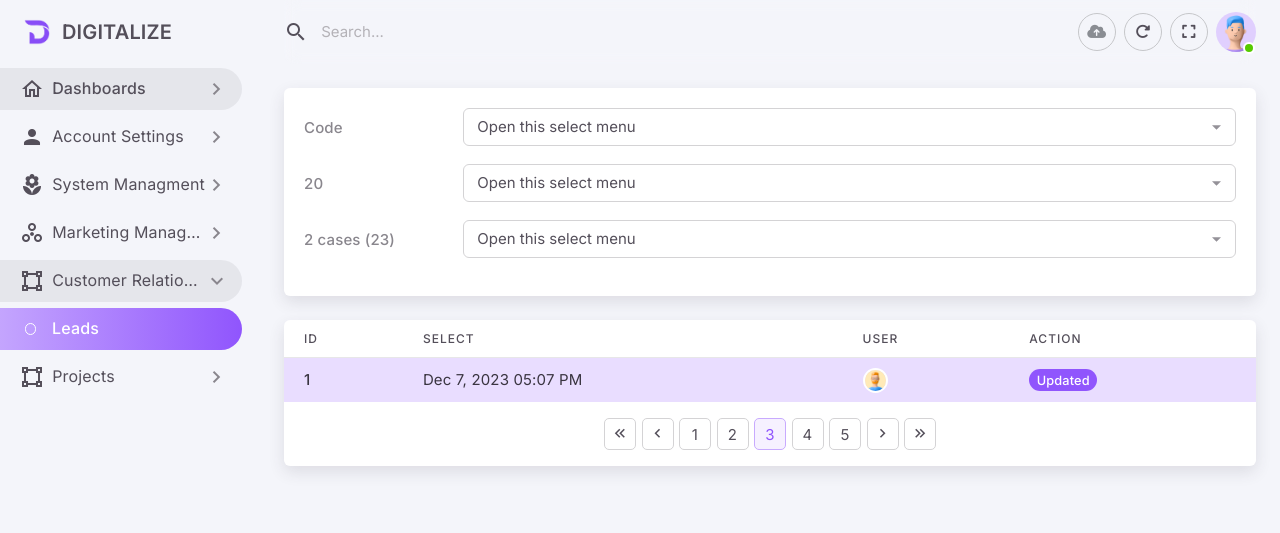
Repository: FadyFathey/sales-crm
Page: html/project-list.html
These files come from the project's save history. The page is drawn as it stood at one moment and after the next save; the edit follows.
The browser window is 1280 px wide. The pictures show the whole page.
Some icons come from a web library that is not loaded, so they are not drawn. Some web libraries are served in a nearby version.

Above is the page before, as saved 2024-10-09 13:26:14.
Console error: ReferenceError: d3 is not defined

After the next save:
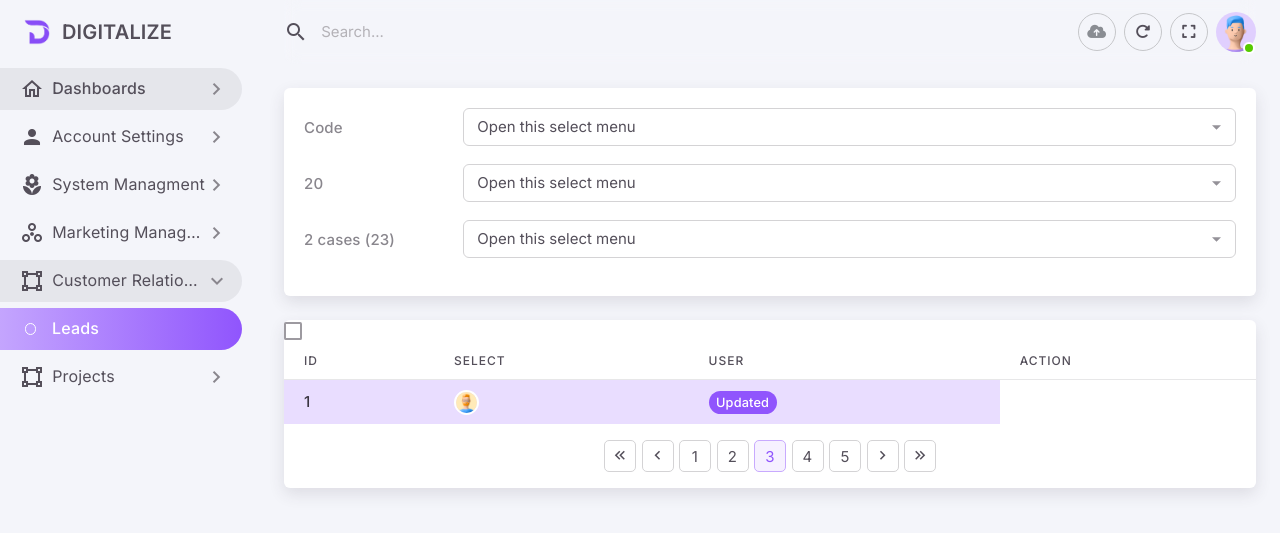
Saved 4 min 36 s later.
--- a/html/project-list.html
+++ b/html/project-list.html
@@ -392,7 +392,7 @@
                                             <td>
                                                 <span class="fw-medium">1</span>
                                             </td>
-                                            <td>Dec 7, 2023 05:07 PM</td>
+                                            <input class="form-check-input" type="checkbox" value="" id="defaultCheck1" />
                                             <td>
                                                 <ul
                                                     class="list-unstyled users-list m-0 avatar-group d-flex align-items-center">
